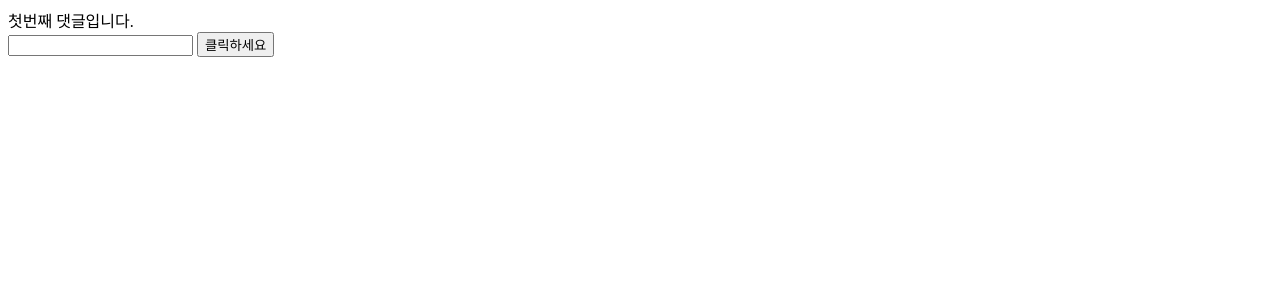
Repository: bk6717/jspwork
Page: http://localhost/blog/test/AjaxRequestTest.jsp
An editor plug-in stored every save of this project. The page is shown before and after the next save, followed by the edit.
The browser window is 1280 px wide. The pictures show the whole page.
The page is served by Tomcat 9. Other server files are loaded and not shown.

Above is the page before, as saved 2020-06-02 05:12:13.

### blog2/src/com/cos/blog/WebContent/test/AjaxRequestTest.jsp
<%@ page language="java" contentType="text/html; charset=UTF-8"
    pageEncoding="UTF-8"%>
<!DOCTYPE html>
<html>
<head>
<meta charset="UTF-8">
<title>Insert title here</title>
<script src="https://ajax.googleapis.com/ajax/libs/jquery/3.5.1/jquery.min.js"></script>

</head>
<body>

<div id = "reply-1">
	첫번째 댓글입니다.
</div>
<input type = "text" id = "tf-reply">
<button onclick = "start()">클릭하세요</button>

<script>
function start(){
	$('#demo').html("<h1>hello</h1>");

}
</script>

</body>
</html>

After the next save:
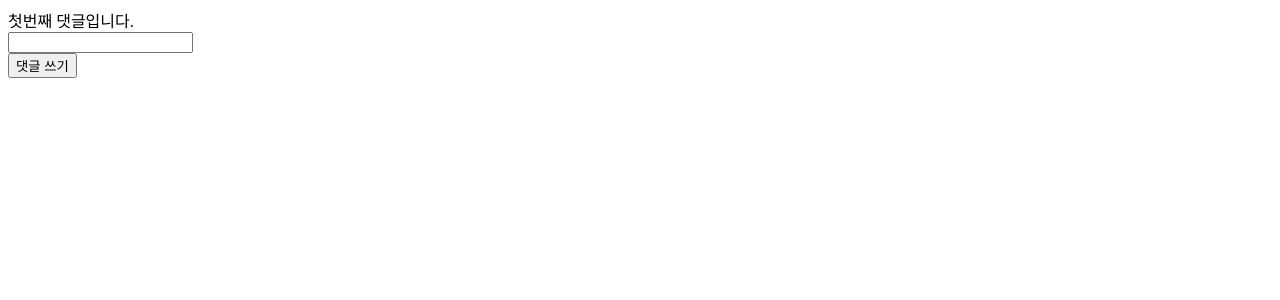
Saved 18 s later.
--- a/blog2/src/com/cos/blog/WebContent/test/AjaxRequestTest.jsp
+++ b/blog2/src/com/cos/blog/WebContent/test/AjaxRequestTest.jsp
@@ -13,8 +13,8 @@
 <div id = "reply-1">
 	첫번째 댓글입니다.
 </div>
-<input type = "text" id = "tf-reply">
-<button onclick = "start()">클릭하세요</button>
+<input type = "text" id = "tf-reply"> <br/>
+<button onclick = "start()">댓글 쓰기</button>
 
 <script>
 function start(){
